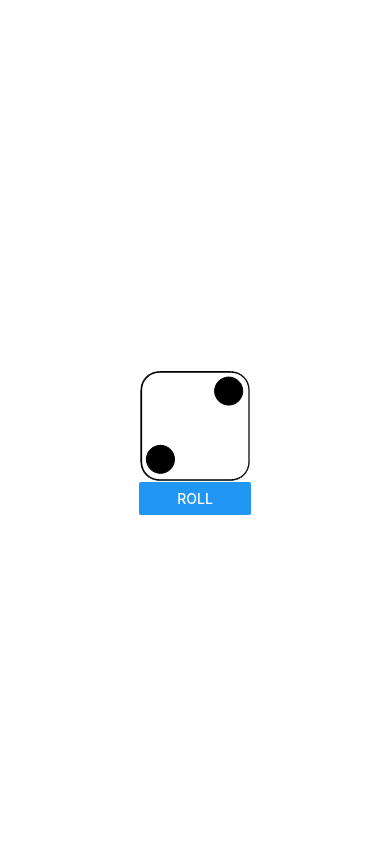
Repository: akinmiday/ReactNativeApp
Screen: /
These files come from the project's save history. The screen is drawn as it stood at one moment and after the next save; the edit follows.
The app was drawn by React Native's web renderer in a window 390 px wide. The project was rebuilt for these pictures with package versions that can differ from the ones it lists, and the page was loaded fresh each time.

Above is the screen before, as saved 2023-08-03 17:25:51.

After the next save:
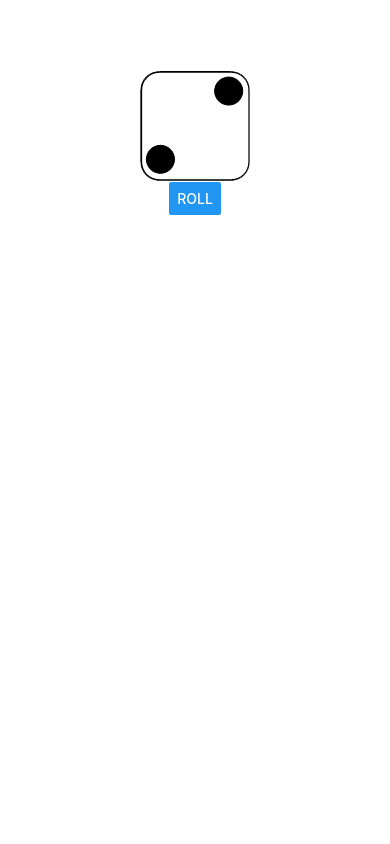
Saved 20 s later.
--- a/styles.js
+++ b/styles.js
@@ -9,7 +9,7 @@ const styles = StyleSheet.create({
   },
   image: {
     padding: 10,
-    margin: "auto",
+    alignItems: "center",
   },
 });
 
